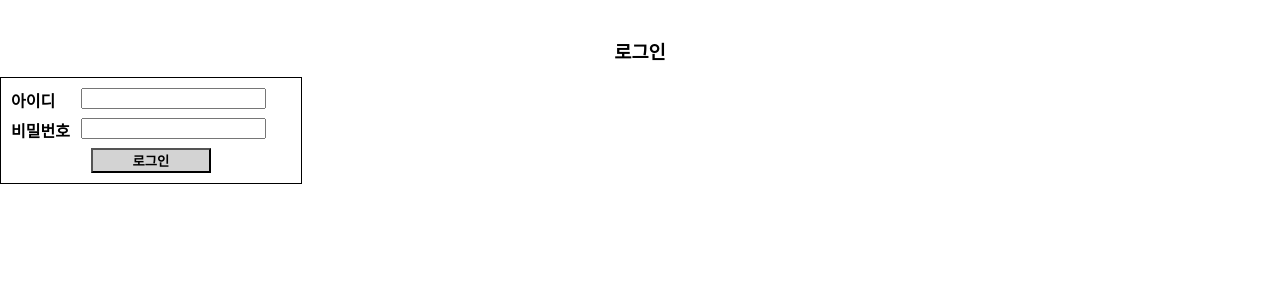
Repository: Gun-stack/jsp
Page: http://localhost/BankProj/login.jsp
An editor plug-in stored every save of this project. The page is shown before and after the next save, followed by the edit.
The browser window is 1280 px wide. The pictures show the whole page.
The page is served by Tomcat 9. Other server files are loaded and not shown.

Above is the page before, as saved 2023-09-21 03:15:34.

### jsp_workspace/BankProj/BankProj/src/main/webapp/login.jsp
<%@ page language="java" contentType="text/html; charset=UTF-8"
    pageEncoding="UTF-8"%>
<!DOCTYPE html>
<html>
<head>
<meta charset="UTF-8">
<title>Insert title here</title>
<style>
    body {
        margin: 0 auto;
    }

    .container {
        padding:10px;
        border: 1px solid;
        width:280px;
    }
    .header {
        height: 40px;
    }

    .row {
        height: 30px;
    }

    .title {
        width: 70px;
        float: left;
        font-weight: bold;
    }

    .input {
        float: left;
    }

    input[type='submit'] {
        font-weight: bold;
        width:120px;
        background-color: lightgrey;
    }
</style>
</head>
<body>
	<div>
        <form action="login" method="post">
        	<br>
            <div class="header" style="text-align: center;">
                <h3>로그인</h3>
            </div>
            <div class="container">
                <div class="row">
                    <div class="title">아이디</div>
                    <div class="input"><input type="text" name="id" id='id'></div>
                </div>
                <div class="row">
                    <div class="title">비밀번호</div>
                    <div class="input"><input type="password" name="password" id='password'></div>
                </div>
                <div class="button" style="text-align:center;">
                    <input type="submit" id="makeBtn" value="로그인">
                </div>
            </div>
        </form>
    </div>
</body>
</html>

After the next save:
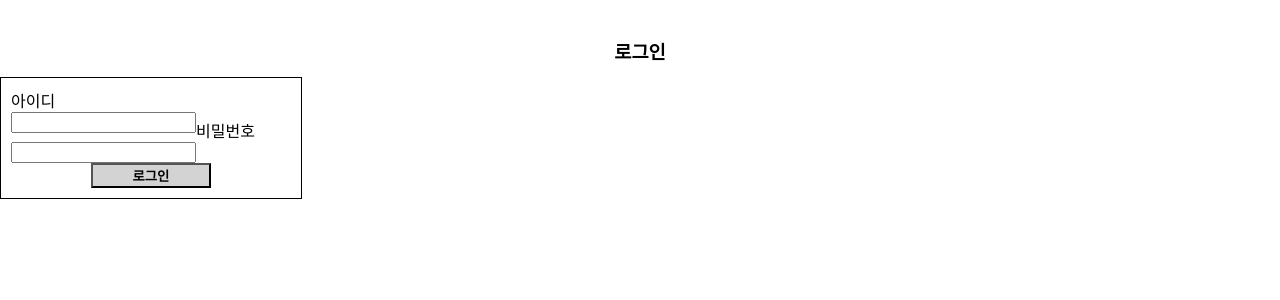
Saved 21 min 40 s later.
--- a/jsp_workspace/BankProj/BankProj/src/main/webapp/login.jsp
+++ b/jsp_workspace/BankProj/BankProj/src/main/webapp/login.jsp
@@ -23,7 +23,8 @@
         height: 30px;
     }
 
-    .title {
+    .
+    title {
         width: 70px;
         float: left;
         font-weight: bold;
